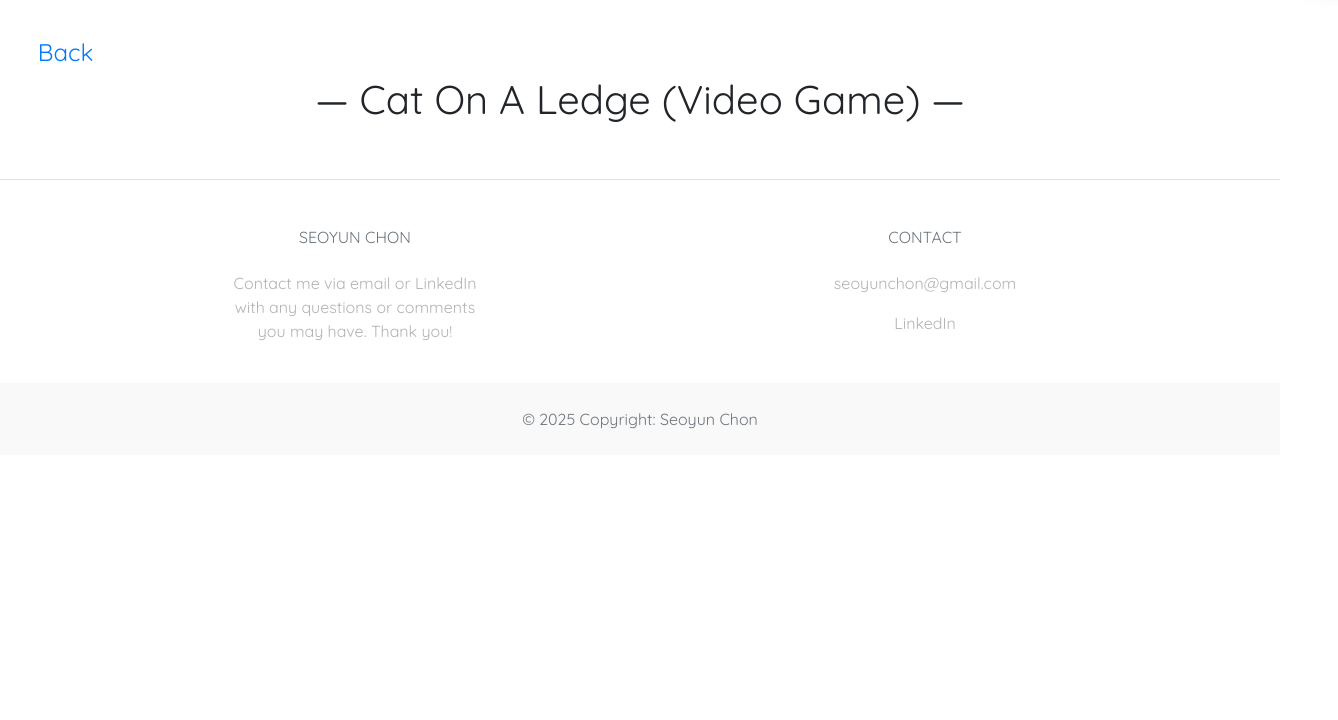
Repository: schon02/seoyun-chon-portfolio
Page: projects_catonaledge_page.html
These files come from the project's save history. The page is drawn as it stood at one moment and after the next save; the edit follows.
The browser window is 1280 px wide. The page is 1338 px wide, so the pictures cover 1338 px, including what lies to the right of the window. The pictures show the part of the page from y = 720 to 1440 px (the page is 1440 px tall).

Above is the page before, as saved 2025-01-31 16:46:47.

After the next save:
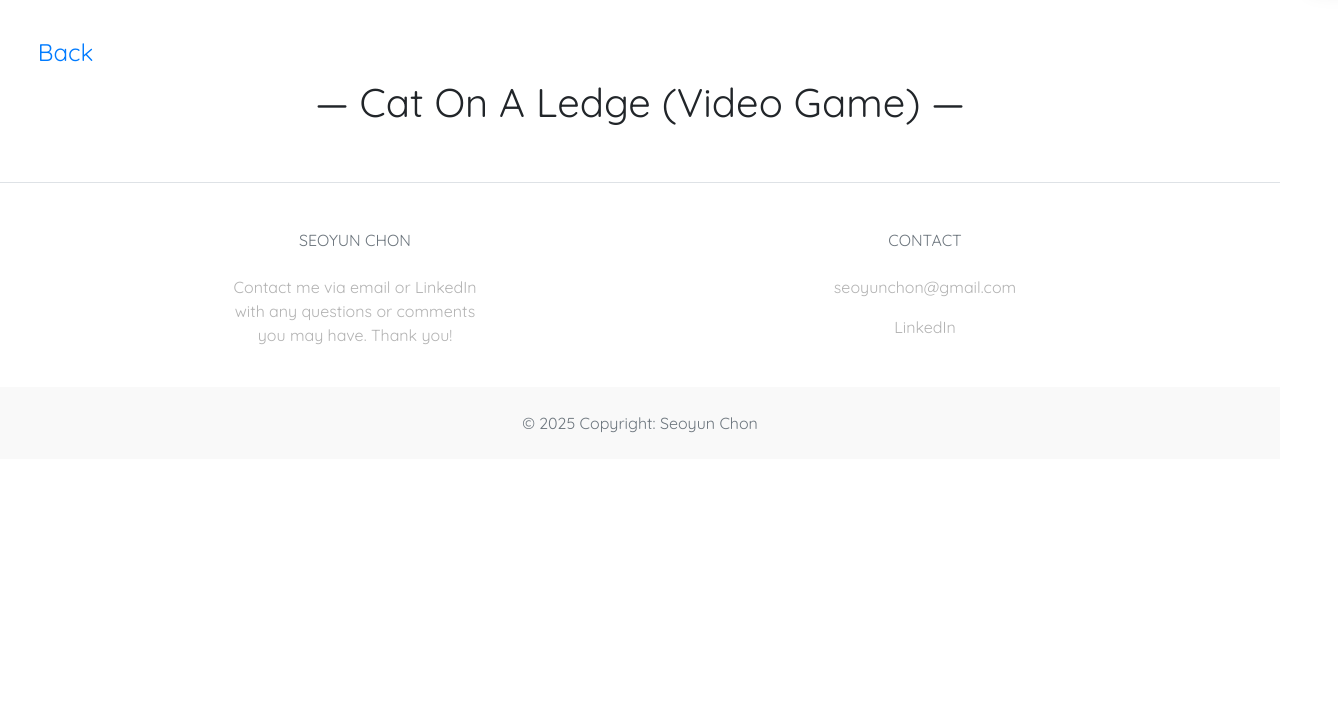
Saved 53 s later.
--- a/projects_catonaledge_page.html
+++ b/projects_catonaledge_page.html
@@ -124,7 +124,7 @@
             </a>
           </div>
 
-        <div class="text-center" style="padding-top: 0cm;">
+        <div class="text-center" style="padding-top: 0.1cm;">
           <h1>— Cat On A Ledge (Video Game) —</h1>
         </div>
 

After the save that followed:
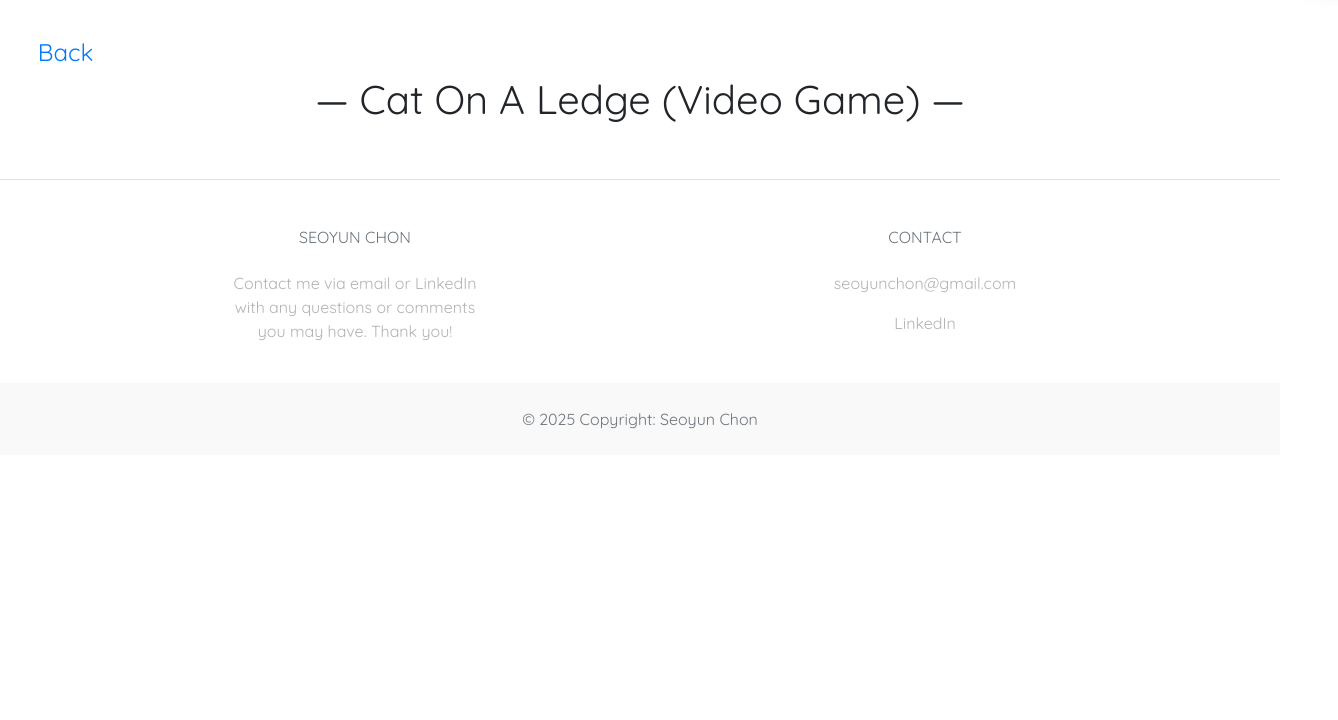
Saved 15 s later.
--- a/projects_catonaledge_page.html
+++ b/projects_catonaledge_page.html
@@ -124,7 +124,7 @@
             </a>
           </div>
 
-        <div class="text-center" style="padding-top: 0.1cm;">
+        <div class="text-center" style="padding-top: 0cm;">
           <h1>— Cat On A Ledge (Video Game) —</h1>
         </div>
 
